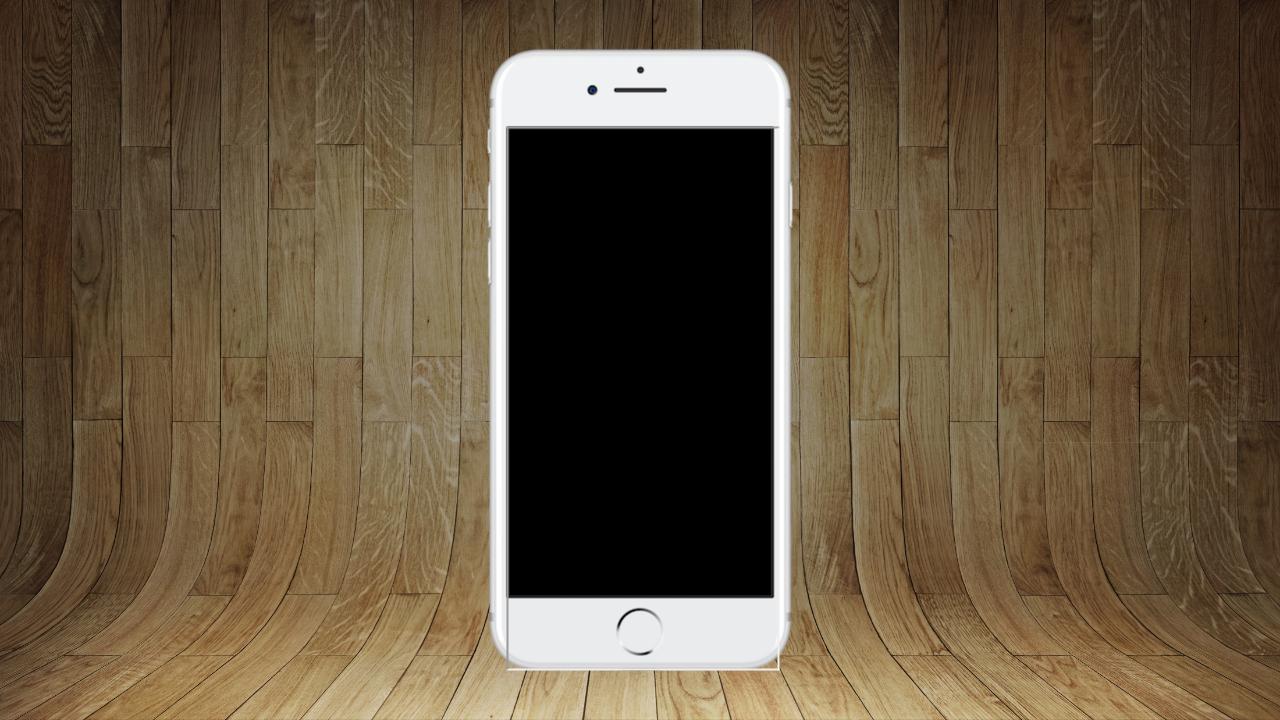
Repository: Sandro1969-tech/Projeto-social-desafio13
Page: index.html
The author's editor kept a copy of each file at every save. The page is drawn from the files as they stood at one save, then again after the next save.
The browser window is 1280 px wide. The pictures show the whole page.

Above is the page before, as saved 2025-12-04 19:16:32.

### index.html
<!DOCTYPE html>
<html lang="pt-br">
<head>
    <meta charset="UTF-8">
    <meta name="viewport" content="width=device-width, initial-scale=1.0">
    <link rel="shorcut icon" href="favicon.ico">
    <link rel="stylesheet" href="style.css">
    <title>Projepo Redes sociais</title>
</head>
<main>
    <section id="telefone">
        <iframe src="home.html" name="tela" id="tela"></iframe>
        </section>
        <section id="redes-socias">

        </section>




</main>
<body>

</body>
</html>

### style.css
@charset "UTF-8";
* {
    margin: 0px;
    padding: 0px;
    font-family: Arial, Helvetica, sans-serif;

}
html, body {
    height: 100vh;
    width: 100vw;
    background-color: black;

    body {
        background: url(assets/image/fundo-madeira.jpg);
        no -repeat top center;
        background-size: cover;
        background-attachment: fixed;
    }

}
main {
    height: 100vh;
position: relative;

}

section#telefone {
    position: absolute;
    top: 50%;
    left: 50%;
    transform: translate(-50%, -50%);
    height: 627px;
    width: 311px;
    background: url(assets/image/frame-iphone.png) no-repeat;
}

iframe#tela {
    position: relative;
    top: 80px;
    left: 22px;
    height: 540px;
    width: 269px;

}

### home.html
<!DOCTYPE html>
<html lang="pt-BR">
<head>
    <meta charset="UTF-8">
    <meta name="viewport" content="width=device-width, initial-scale=1.0">
    <title>Home</title>
</head>
<style>
    * {
        margin: 0;
        padding: 0;
    }

    body {
        width: 100vw;
        height: 100vh;
        background-color: black url(assets/image/tela-home.jpg) no repeat
        top center;
        background-size:cover;
    }
</style>
<body>

</body>
</html>

After the next save:
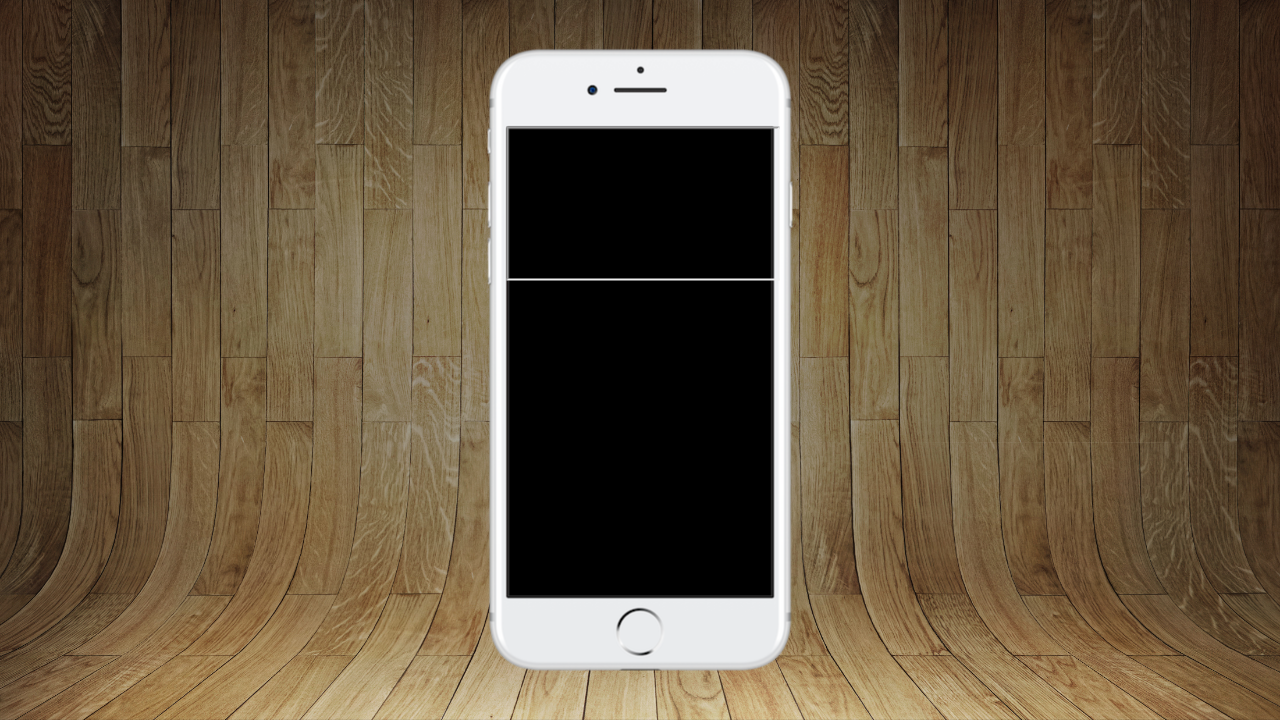
Saved 4 s later.
--- a/style.css
+++ b/style.css
@@ -38,7 +38,7 @@
     position: relative;
     top: 80px;
     left: 22px;
-    height: 540px;
+    height: px;
     width: 269px;
 
 }
